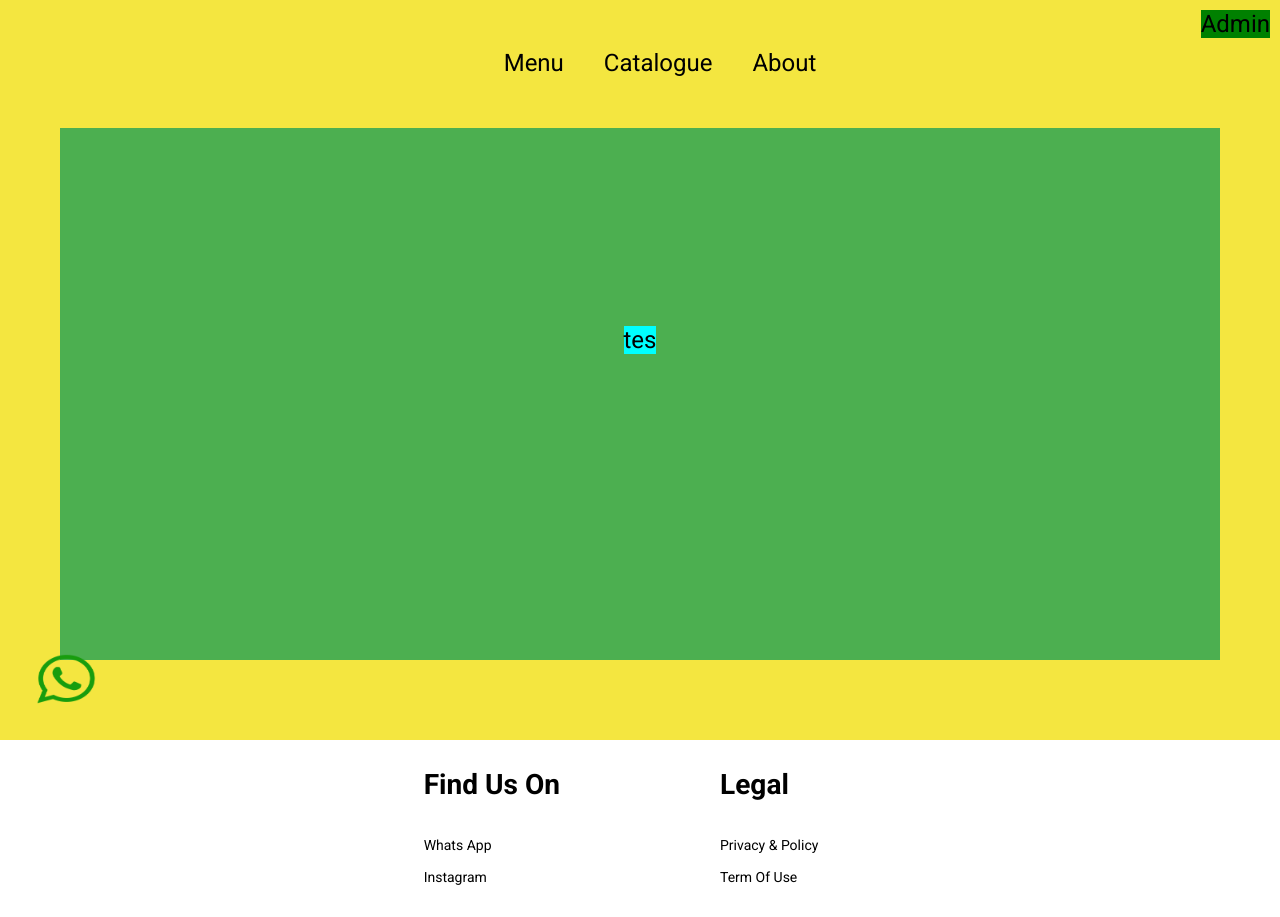
Repository: Fauzaanmhmd/Skripsi
Page: /about
These files come from the project's save history. The page is drawn as it stood at one moment and after the next save; the edit follows.
The browser window is 1280 px wide. The pictures show the whole page.
The project was rebuilt for these pictures with package versions that can differ from the ones it lists, and the page was loaded fresh each time. The framework's server and built-in components were replaced by stand-ins that run in the browser. Also part of the build but not shown: next.config.js, components/background.js.

Above is the page before, as saved 2021-06-01 09:26:08.

### pages/about/index.js
import Layout from "../../components/Layout"

export default function About({ recipes }) {
    return (
        <Layout>
            <div className="admin">
                <div className="admin_container">
                    tes
                </div>
            </div>
        </Layout>

    )
}

### styles/globals.css
@import url('https://fonts.googleapis.com/css2?family=Roboto:ital,wght@0,100;0,300;0,400;0,500;0,700;0,900;1,100;1,300;1,400;1,500;1,700;1,900&display=swap');

body {
  background: #F4E640;
  margin: 0;
  font-family: 'Roboto';
  font-size: 1.5em;
}
.layout {
  min-height: 100vh;
  display: flex;
  flex-direction: column;
}
header {
  text-align: center;
}
header a {
  text-decoration: none;
  color: black;
  text-transform: uppercase;
  display: inline-block;
}
header h1, header h2 {
  margin: 0;
}
header span {
  display: block;
  line-height: 1em;
}
header span:first-child {
  font-size: 1em;
  font-weight: 400;
}
header span:last-child {
  font-size: 1.5em;
  font-weight: 800;
}
header h2 {
  font-size: 1.2em;
  font-weight: 400;
}

.page-content {
  max-width: 1200px;
  margin: 20px auto 80px;
  padding: 0 20px;
  width: 100%;
  box-sizing: border-box;
}

ul{
  list-style-type: none;
  display: flex;
}

.ul_foot {
  display: flex;
  flex-direction: column;
  width: 100%;
}

.socmed {
  display: fixed;
  flex-direction: column;
  bottom: 0;
  left: 0;

}

.ul_foot > li {
  border-bottom: none;
}

.ul_foot >li:hover {
  border-bottom: none;
}
li {
  margin: 20px;
  cursor: pointer;
  border-bottom: 2px solid #F4E640;
}
li:hover {
background-color: transparent;
border-bottom: 2px solid black;
}
.navimg{
  position: absolute;
  left: 20px;
}
.zoom:hover {
  -ms-transform: scale(1.5); /* IE 9 */
  -webkit-transform: scale(1.5); /* Safari 3-8 */
  transform: scale(1.5);
  transition: transform .9s;
}

img {
  width: 550px;
  height: 380px;
  margin: 10px 0 0 0;
  padding: 10px 20px 0px 20px;
  display: flex;
  justify-content: center;
  align-items: center;
  position: relative;
  cursor: pointer;
}

img:hover {
  -ms-transform: scale(1.1); /* IE 9 */
  -webkit-transform: scale(1.1); /* Safari 3-8 */
  transform: scale(1.1);
  transition: transform .9s;
}

.image {
  display: grid;
  grid-template-columns: repeat(2,minmax(0,1fr));
  grid-gap: 5rem;
}

.img_product{
  width: 550px;
  height: 380px;
  margin: auto;
  margin-top: 150px;
  padding: 10px 20px 0px 20px;
  display: flex;
  justify-content: center;
  align-items: center;
  position: relative;
  cursor: pointer;
}

.button {
  cursor : pointer;
  margin: 0 30px;
  padding: 0 20px;
  width: 100px;
}

.button {
  cursor: pointer;
  border-bottom-width: 2px;
  background-color: #4CAF50;
  color: white;
  padding: 12px 20px;
  border: none;
  border-radius: 4px;
  cursor: pointer;
  float: center;
}

.img-bg {
  display: flex;
  background-color: white;
  flex-direction: column;
  justify-content: center;
  align-items: center;
  width: 65%;
  height: 150px;
  margin: -30px 130px 40px 130px;
  grid-template-columns: repeat(2,minmax(0,1fr));
}

.zoom-dropdown:hover {
  -ms-transform: scale(1.5); /* IE 9 */
  -webkit-transform: scale(1.5); /* Safari 3-8 */
  transform: scale(1.5);
  transition: transform .9s;
}

.zoom_wrapper {
  margin-top: 120px;
  width: 100%;
  text-align: center;
}

.form_catalogue {
  display: flex;
  background-color: white;
  flex-direction: column;
  justify-content: center;
  align-items: center;
  width: 100%;
  height: auto;
  margin: 20px 130px 140px 0px;
  border-radius: 20px;
}

section {
  background-color: white;
  padding: 1rem 1rem;
  border-radius: 20px;
}
.input-field {
  background:rgba(255,255,255,0.1);
  margin-bottom:10px;
  margin-top:3px;
  line-height:1.5em;
  font-size:20px;
  font-size:1.3rem;
  border:none;
  padding:5px 10px 5px 10px;
  color:black;
  box-sizing:border-box;
  width:100%;
  margin-left:auto;
  margin-right:auto;
}

* {
  box-sizing: border-box;
}

input[type=text], select, textarea {
  width: 100%;
  padding: 12px;
  border: 1px solid #ccc;
  border-radius: 4px;
  resize: vertical;
}

label {
  padding: 12px 12px 12px 0;
  display: inline-block;
}

input[type=submit] {
  background-color: #4CAF50;
  color: white;
  padding: 12px 20px;
  border: none;
  border-radius: 4px;
  cursor: pointer;
  float: right;
}

input[type=submit]:hover {
  background-color: #45a049;
}

.container {
  border-radius: 5px;
  background-color: #f2f2f2;
  padding: 20px;
}

.col-25 {
  float: left;
  width: 25%;
  margin-top: 6px;
}

.col-75 {
  float: left;
  width: 75%;
  margin-top: 6px;
}

/* Clear floats after the columns */
.row:after {
  content: "";
  display: table;
  clear: both;
}

.form {
  text-align: center;
  margin-top: 130px;
}

.form_button {
  border-bottom-width: 2px;
  background-color: #4CAF50;
  color: white;
  padding: 12px 20px;
  border: none;
  border-radius: 4px;
  cursor: pointer;
  float: right;
}

.swal-title {
  margin: 0px;
  font-size: 16px;
  box-shadow: 0px 1px 1px rgba(0, 0, 0, 0.21);
  margin-bottom: 28px;
}


.navbar {
  display: flex;
  justify-content: center;
  padding: 5px 20px;
  align-items: center;
  background-color: #F4E640;
  flex-direction: column-reverse;
  position: fixed;
  z-index: 999;
  width: 100%;
}

/* footer {
  background: white;
  color: black;
  padding: 40px;
  text-align: center;
  display: flex;
  align-items: center;
  width: 100%;
  justify-content: space-around
} */
footer {
  display: flex;
  justify-content: center;
  background-color: white;
}

.footer_inner {
  display: grid;
  grid-template-columns: repeat(2, minmax(0, 1fr));
  grid-gap: 10rem;
}

.footer_list{
  display: flex;
  flex-direction: column;
  padding-left: 0;
}

.footer_listItem {
  margin: .5rem 0;
  font-size: 14px;
  border-bottom: none;
}

.footer_list a {
  text-decoration: none;
  color: black;
}
.icon_wa {
  position: fixed;
  z-index: 99999;
  bottom: 16px;
  left: 16px;
}

.icon_waImg {
  height: 60px;
  width: 100px;
  background-color: transparent;
}

.content a {
  background-color: #45a049;
  padding: 10px 20px;
  border-radius: 30px;
  color: black;
  text-decoration: none;
  width: fit-content;
}

.content {
  float: left;
  padding: 10px;
  text-decoration: none;
}

.socmed a {
  margin: 10px;
}

.modal {
  display: flex;
  justify-content: center;
  align-items: center;
  position: fixed;
  top: 0;
  right: 0;
  bottom: 0;
  background-color: #0000009c;
  left: 0;
  z-index: 1000;
}

.modal_container{
  width: 500px;
  height: 100px;
  padding-left: -5px;
  background-color: white;
  border-radius: 6px;
  position: relative;
  text-align: center;
  padding-top: 15px;
  padding-right: 60px;
  font-size: 22px;
}

.button_click {
  position: absolute;
  top: 1rem;
  right: 2rem;
  cursor: pointer;
}

.fa-check-square:before {
  position: relative;
  right: 0;
  content: "\f14a";
  font-size: 60px;
  color: #45a049;
}

.background {
  display: flex;
  padding: 20px 20px;
}

.background_judul {
  display: flex;
  justify-content: center;
  align-items: center;
  width: 50%;
}

.bg_img {
  margin-top: 100px;
  width: 99vw;
  position: relative;
}

.bg_text {
  background-color: transparent;
}

@media screen and (max-width: 765px) {
  .image {
    grid-template-columns: repeat(1,minmax(0,1fr));
    grid-gap: 5rem;
  }
  .footer_inner {
  grid-template-columns: repeat(1, minmax(0, 1fr));
  grid-gap: 10rem;
  }

  .img {
    width: 225px;
    height: 190px;
  }

  .image_wrapper {
    display: flex;
    align-items: center;
    justify-content: center;
    flex-direction: column;
  }

  .bg_img {
    width: 100vw;
    height: auto;
    display: flex;
    align-items: center;
    justify-content: center;
  }
}

.admin {
  display: flex;
  justify-content: center;
  align-items: center;
  width: 100%;
  height: 50vw;
  background-color: #4CAF50;
}

.admin_container {
  background-color: aqua;
}

.navbar_admin {
  position: absolute;
  background-color: green;
  top: 10px;
  right: 10px;
}

### components/Layout.js
import Link from 'next/link'
import Navbar from './Navbar'
import Background from './background'

export default function Layout({ children, withBackground, judul }) {

  return (
    <div className="layout">
      <header>
        <Navbar />
      </header>

      {
        withBackground &&
        <>
          <Background />
          {
            judul
          }
        </>
      }

      <div className="page-content">
        {children}
      </div>

      <footer>
        <div className="footer_inner">
          <div className="footer_item">
            <h3>Find Us On</h3>
            <ul className="footer_list">
              <a target="blank" href="https://wa.link/74wpl7">
                <li className="footer_listItem">Whats App</li>
              </a>
              <a target="blank" href="http://www.instagram.com/fauzaan.mhmd/">
                <li className="footer_listItem">Instagram</li>
              </a>
            </ul>
          </div>
          <div className="footer_item">
            <h3>Legal</h3>
            <ul className="footer_list">
              <Link href={`/catalogue/privacypolicy`}>
                <li className="footer_listItem">Privacy & Policy</li>
              </Link>
              <Link href={`/catalogue/termofuse`}>
                <li className="footer_listItem">Term Of Use</li>
              </Link>
            </ul>
          </div>
        </div>
        <div className="icon_wa">
          <a target="blank" href="https://wa.link/74wpl7">
            <img className="icon_waImg" src="/img/wa.png" alt="" />
          </a>
        </div>
      </footer>
    </div >
  )
}

### components/Navbar.js
import Link from 'next/link'

const Navbar = props => {
    return (
        <div className="navbar">
            <ul className="navbar_menu">
                <Link href="/">
                    <li className="zoom">Menu</li>
                </Link>
                <Link href="/catalogue">
                    <li className="zoom-dropdown">Catalogue</li>
                </Link>
                <Link href="/about">
                    <li className="zoom">About</li>
                </Link>
            </ul>
            <div className="navbar_admin">Admin</div>
        </div>
    )
}

export default Navbar

Loaded but not shown: pages/_app.js (common file)

After the next save:
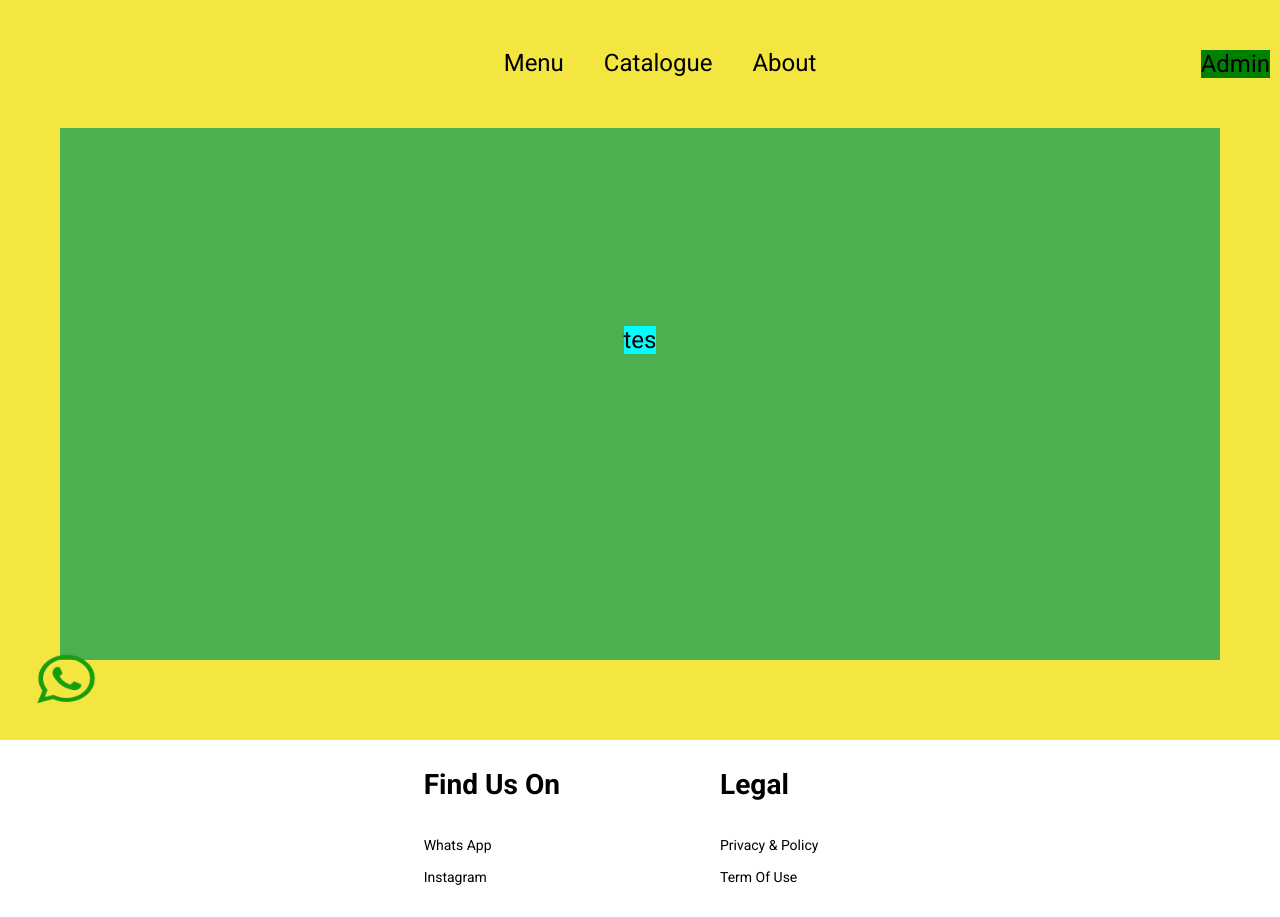
Saved 18 s later.
--- a/styles/globals.css
+++ b/styles/globals.css
@@ -481,6 +481,5 @@
 .navbar_admin {
   position: absolute;
   background-color: green;
-  top: 10px;
   right: 10px;
 }
